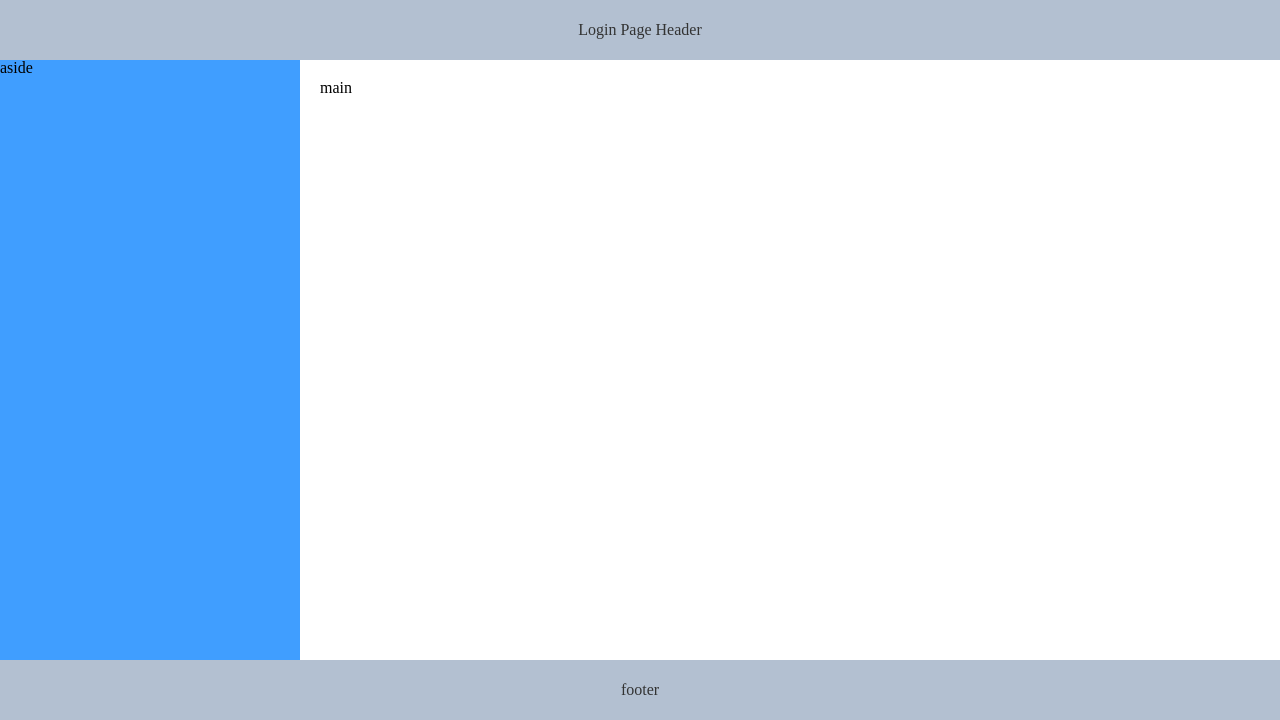
Repository: code1379/vue2-element
Page: /#/login (app in element-admin/)
These files come from the project's save history. The page is drawn as it stood at one moment and after a run of saves; the edit follows.
The browser window is 1280 px wide. The pictures show the whole page.
The project was rebuilt for these pictures with package versions that can differ from the ones it lists, and the page was loaded fresh each time. Also part of the build but not shown: element-admin/vue.config.js.

Above is the page before, as saved 2021-06-14 19:58:30.

### element-admin/src/main.js
import Vue from 'vue';
import App from './App.vue';
import router from './router';
import store from './store';
import ElementUI from 'element-ui';
import 'element-ui/lib/theme-chalk/index.css';
import './assets/css/index.css';

Vue.config.productionTip = false;

Vue.use(ElementUI);

new Vue({
  router,
  store,
  render: (h) => h(App)
}).$mount('#app');

### element-admin/src/App.vue
<template>
  <div id="app">
    <router-view />
  </div>
</template>

<style>

</style>

### element-admin/src/router/index.js
import Vue from 'vue'
import VueRouter from 'vue-router'

Vue.use(VueRouter)

const routes = [
  {
    path: '/',
    redirect: "/home"
  },
  {
    path: '/home',
    name: 'Home',
    component: () => import('../views/home/Home.vue')
  },
  {
    path: '/login',
    name: 'Login',
    component: () => import('../views/login/Login.vue')
  }
];

const router = new VueRouter({
  routes
})

export default router

### element-admin/src/views/login/Login.vue
<template>
  <el-container class="login-container">
    <el-header>Login Page Header</el-header>
    <el-container>
      <el-aside>aside</el-aside>
      <el-main>main</el-main>
    </el-container>
    <el-footer>footer</el-footer>
  </el-container>
</template>

<script>
export default {
  name: "Login",
};
</script>

<style  scoped>
.login-container {
  height: 100vh;
}
.el-header,
.el-footer {
  background-color: #b3c0d1;
  color: #333;
  text-align: center;
  line-height: 60px;
}

.el-aside {
  background-color: #409eff;
}
</style>

Loaded but not shown: element-admin/public/index.html (common file); element-admin/src/store/index.js (common file); element-admin/src/assets/css/index.css (common file); element-admin/src/assets/css/reset.css (common file)

After the next 3 saves:
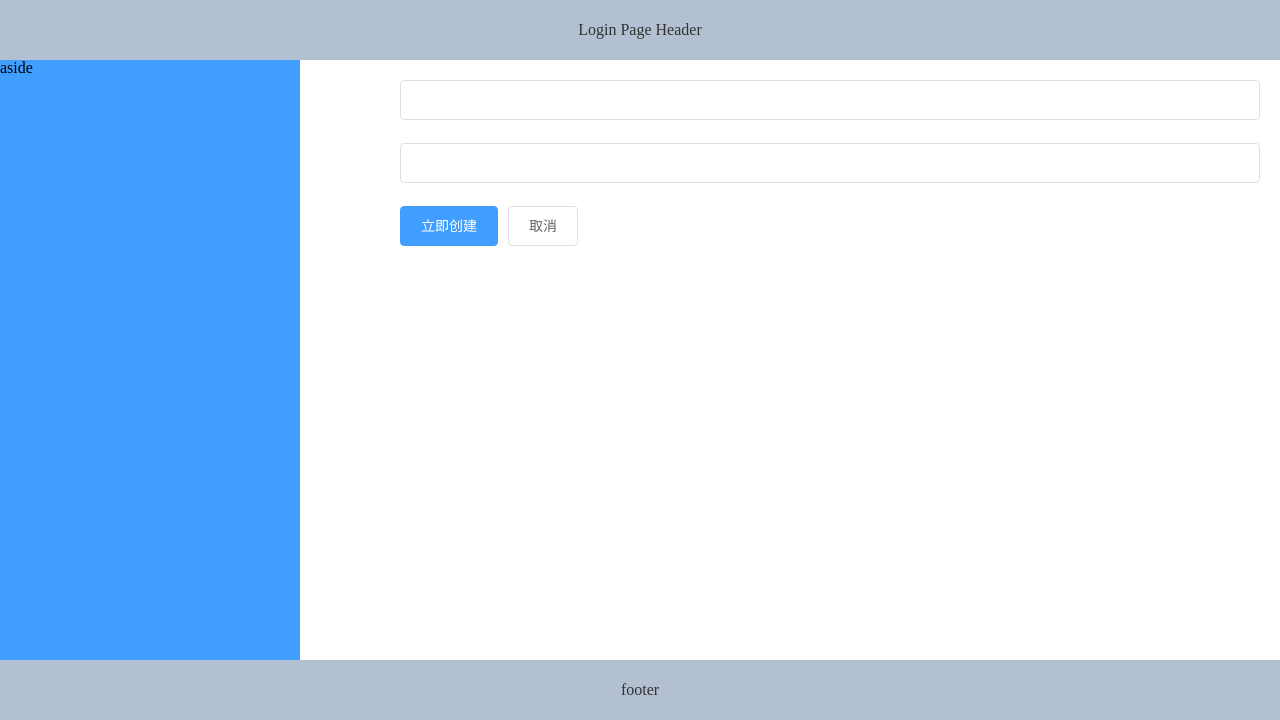
The 3 saves are shown as one change because 2 did not build or start.
The last was saved 5 min 23 s later.
--- a/element-admin/src/views/login/Login.vue
+++ b/element-admin/src/views/login/Login.vue
@@ -3,7 +3,27 @@
     <el-header>Login Page Header</el-header>
     <el-container>
       <el-aside>aside</el-aside>
-      <el-main>main</el-main>
+      <el-main>
+        <el-form
+          :model="form"
+          ref="form"
+          :rules="rules"
+          label-width="80px"
+          :inline="false"
+          size="normal"
+        >
+          <el-form-item label="">
+            <el-input v-model="form.username"></el-input>
+          </el-form-item>
+           <el-form-item label="">
+            <el-input v-model="form.username"></el-input>
+          </el-form-item>
+          <el-form-item>
+            <el-button type="primary" @click="onSubmit">立即创建</el-button>
+            <el-button>取消</el-button>
+          </el-form-item>
+        </el-form>
+      </el-main>
     </el-container>
     <el-footer>footer</el-footer>
   </el-container>
@@ -12,6 +32,24 @@
 <script>
 export default {
   name: "Login",
+  data() {
+    return {
+      form: {
+        username: "",
+        password: "",
+      },
+      rules: {
+        username: [
+          { required: true, message: "请输入活动名称", trigger: "blur" },
+          { min: 3, max: 5, message: "长度在 3 到 5 个字符", trigger: "blur" },
+        ],
+        password: [
+          { required: true, message: "请输入活动名称", trigger: "blur" },
+          { min: 3, max: 5, message: "长度在 3 到 5 个字符", trigger: "blur" },
+        ],
+      },
+    };
+  },
 };
 </script>
 
